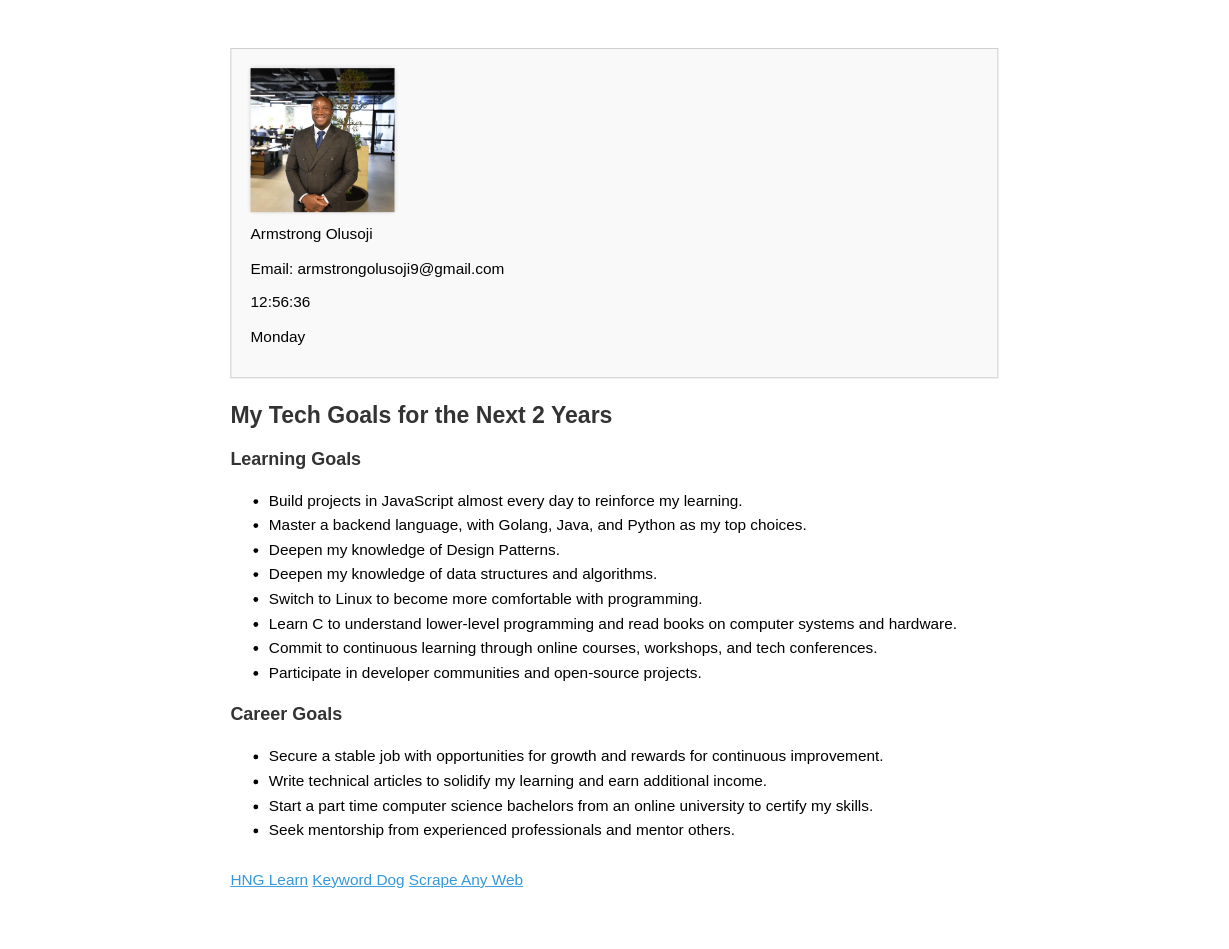
Repository: Armstrong2035/hng-project-one
Page: index.html
An editor plug-in stored every save of this project. The page is shown before and after the next save, followed by the edit.
The browser window is 1280 px wide. The pictures show the whole page, at 96% of full size.

Above is the page before, as saved 2024-07-01 17:09:52.

After the next save:
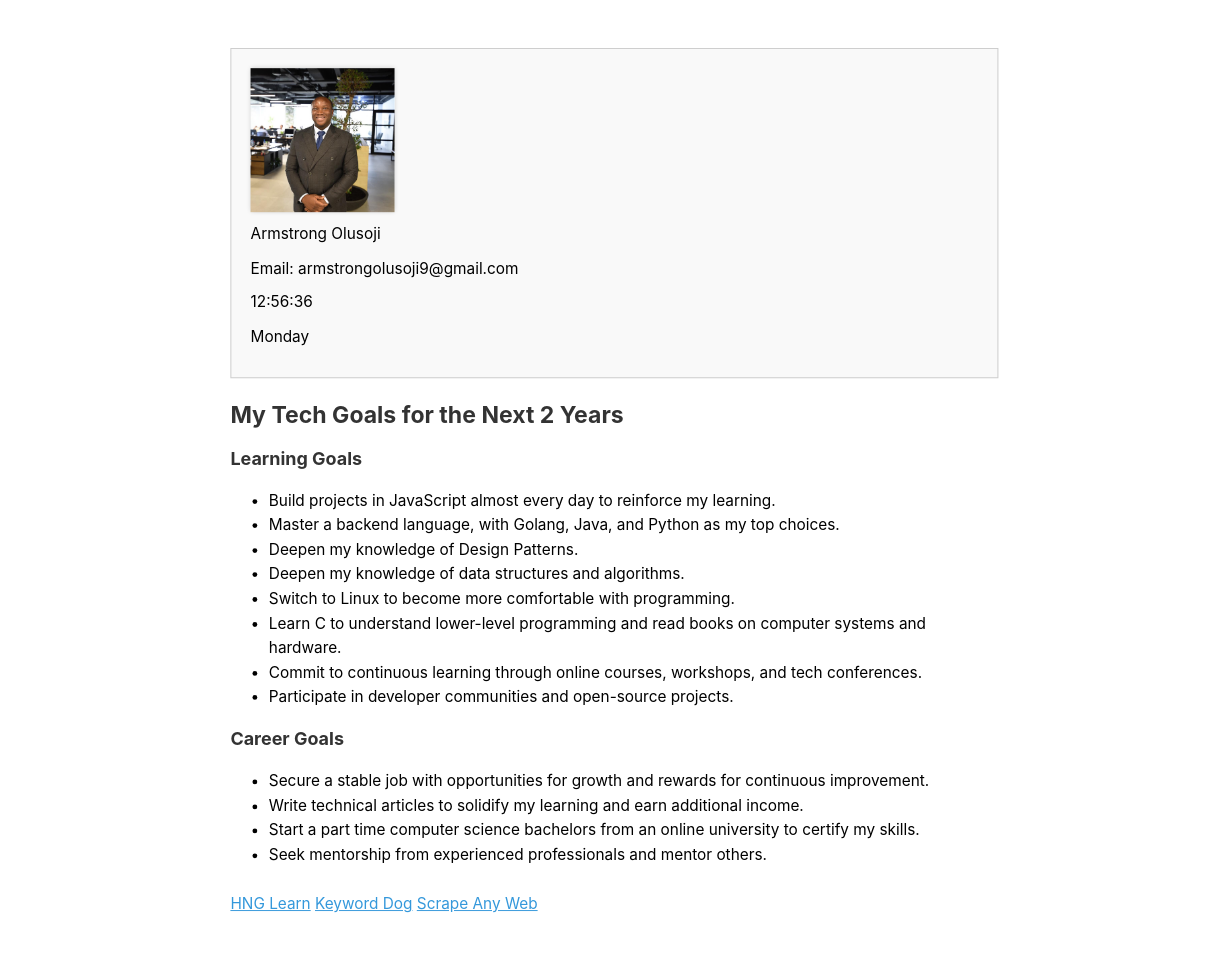
Saved 13 s later.
--- a/style.css
+++ b/style.css
@@ -1,5 +1,5 @@
 body {
-  font-family: Hacked, sans-serif;
+  font-family: inter;
   line-height: 1.6;
   margin: 0;
   padding: 0;
